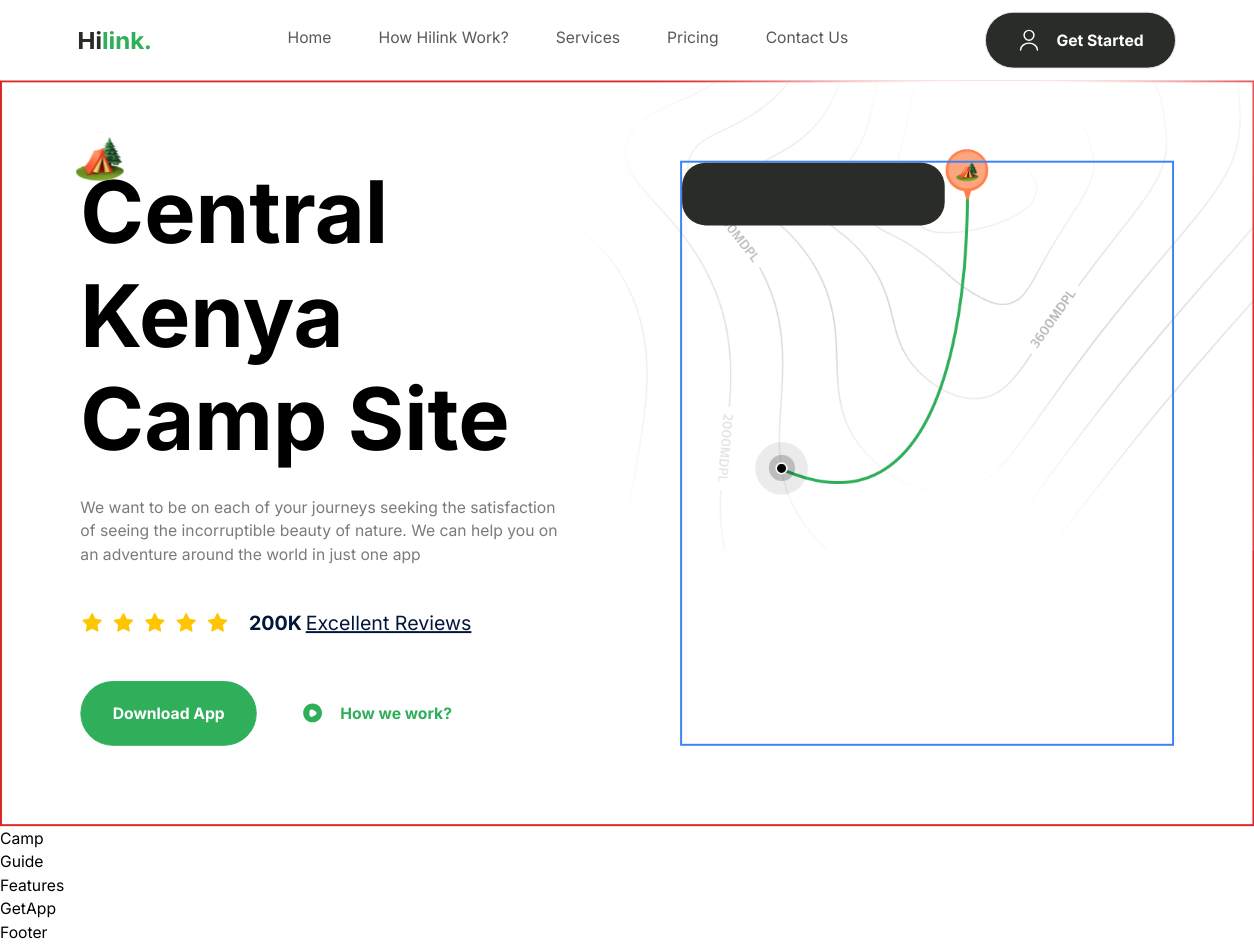
Repository: martin-raphael/travel_agency
Page: /
An editor plug-in stored every save of this project. The page is shown before and after the next save, followed by the edit.
The browser window is 1280 px wide. The pictures show the whole page, at 98% of full size.
The project was rebuilt for these pictures with package versions that can differ from the ones it lists, and the page was loaded fresh each time. The framework's server and built-in components were replaced by stand-ins that run in the browser. Also part of the build but not shown: next.config.mjs.

Above is the page before, as saved 2024-08-08 18:41:49.

### app/layout.tsx
import type { Metadata } from "next";
import Navbar from "@/components/Navbar";
import Footer from "@/components/Footer";
import "./globals.css";

export const metadata: Metadata = {
  title: "Travel App",
  description: "Beauty of Nature",
};

export default function RootLayout({
  children,
}: Readonly<{
  children: React.ReactNode;
}>) {
  return (
    <html lang="en">
      <body>
        <Navbar />
        <main className="relative overflow-hidden">{children}</main>
        <Footer />
      </body>
    </html>
  );
}

### components/Navbar.tsx
import { NAV_LINKS } from "@/constants";
import Image from "next/image";
import Link from "next/link";
import React from "react";
import Button from "./Button";

const Navbar = () => {
  return (
    <nav className=" flexBetween max-container padding-container relative z-30 py-3">
      <Link href="/">
        <Image src="/hilink-logo.svg" alt="logo" width={74} height={29} />
      </Link>
      <ul className="hidden h-full gap-12 lg:flex">
        {NAV_LINKS.map((link) => (
          <Link
            href={link.href}
            key={link.key}
            className="regular-16 text-gray-50 flexCenter cursor-pointer pb-1.5 transition-all hover:font-bold"
          >
            {link.label}
          </Link>
        ))}
      </ul>

      <div className=" lg:flexCenter hidden">
        <Button
          type="button"
          title="Get Started"
          icon="/user.svg"
          variant="btn_dark_green"
        />
      </div>
      <Image
        src="menu.svg"
        alt="menu"
        width={32}
        height={32}
        className="inline-block cursor-pointer lg:hidden"
      />
    </nav>
  );
};

export default Navbar;

### components/Hero.tsx
import Image from "next/image";
import React from "react";
import Button from "./Button";

const Hero = () => {
  return (
    <section
      className=" max-container padding-container flex
    flex-col gap-20 lg:py-20 py-10 pb-32 md:gap-28 xl:flex-row
    border-2 border-red-600"
    >
      <div className="hero-map" />

      {/* LEFT SIDE-*/}

      <div className="relative z-20 flex flex-1 flex-col xl:w-1/2">
        <Image
          src="/camp.svg"
          alt="camp"
          width={50}
          height={50}
          className="absolute left-[-5px] top-[-30px] w-10 lg:w-[50px]"
        />
        <h1 className="bold-52 lg:bold-88"> Central Kenya Camp Site</h1>
        <p className="regular-16 mt-6 text-gray-30 xl:max-w-[520px]">
          We want to be on each of your journeys seeking the satisfaction of
          seeing the incorruptible beauty of nature. We can help you on an
          adventure around the world in just one app
        </p>

        <div className="my-11 flex flex-wrap gap-5">
          <div className="flex items-center gap-2">
            {Array(5)
              .fill(1)
              .map((_, index) => (
                <Image
                  src="/star.svg"
                  alt="Ratings"
                  key={index}
                  width={24}
                  height={24}
                />
              ))}
          </div>
          <p className="bold-16 lg:bold-20 text-blue-70">
            200K
            <span className="regular-16 lg:regular-20 ml-1 underline">
              Excellent Reviews
            </span>
          </p>
        </div>
        <div className="flex flex-col w-full gap-3 sm:flex-row">
          <Button type="button" title="Download App" variant="btn_green" />

          <Button
            type="button"
            title="How we work? "
            icon="/play.svg"
            variant="btn_white"
          />
        </div>
      </div>

      <div className="relative flex flex-1 items-start border-2 border-blue-500">
        <div className="relative z-20 w-[268px] flex-col gap-8 rounded-3xl bg-green-90 px-7 py-8">

        </div>
      </div>
    </section>
  );
};

export default Hero;

### components/Button.tsx
import Image from "next/image";

type ButtonProps = {
  type: "button" | "submit";
  title: string;
  icon?: string;
  variant?: string;
  full?:boolean;
};

const Button = ({ type, title, icon, variant, full }: ButtonProps) => {
  return (
    <button
      className={`flexCenter gap-4 rounded-full border ${variant} ${full && 'w-full'}`}
      type={type}
    >
      {icon && <Image src={icon} alt={title} width={24} height={24} />}
      <label className=" bold-16 whitespace-nowrap cursor-pointer">{title}</label>
    </button>
  );
};

export default Button;

Loaded but not shown: app/page.tsx (common file); components/Footer.tsx (common file); app/globals.css (common file); components/Camp.tsx (common file); components/Features.tsx (common file); components/GetApp.tsx (common file); components/Guide.tsx (common file); constants/index.ts (common file); tailwind.config.ts (common file)

After the next save:
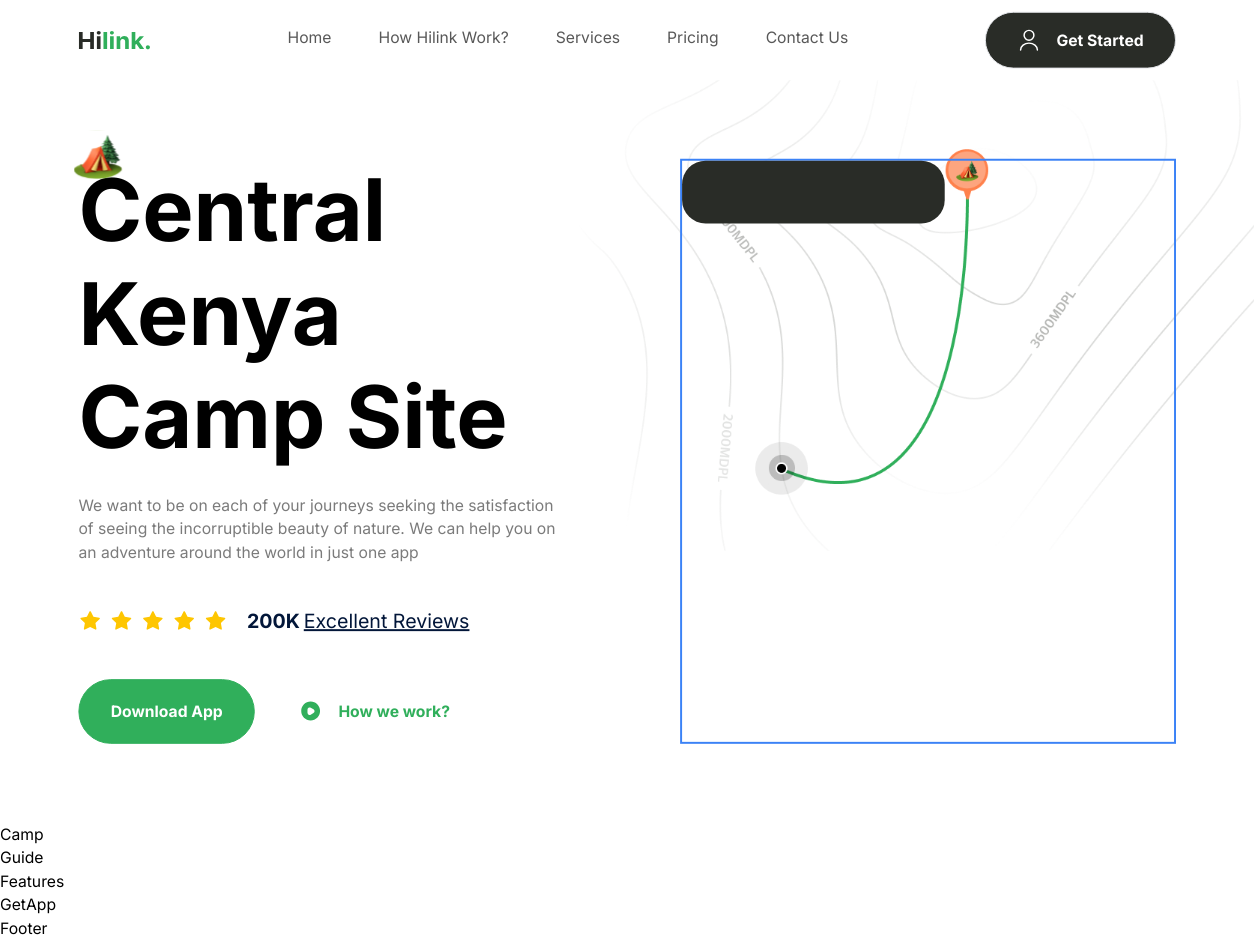
Saved 2 min 33 s later.
--- a/components/Hero.tsx
+++ b/components/Hero.tsx
@@ -7,7 +7,7 @@ const Hero = () => {
     <section
       className=" max-container padding-container flex
     flex-col gap-20 lg:py-20 py-10 pb-32 md:gap-28 xl:flex-row
-    border-2 border-red-600"
+    "
     >
       <div className="hero-map" />
 
